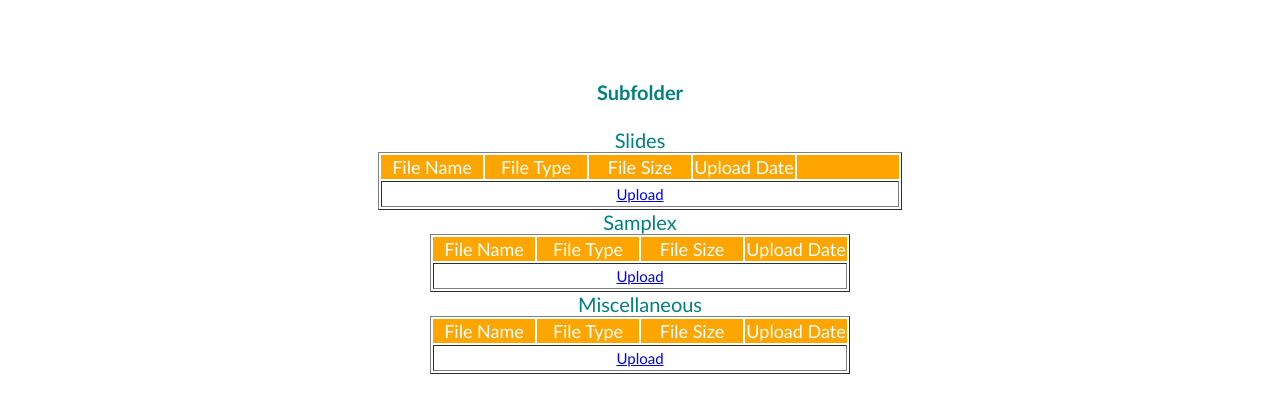
Repository: cs192-s2-2013/coffee
Page: http://localhost/BCOnlineClassroom/WEB-INF/jsp/subfolder.jsp
The author's editor kept a copy of each file at every save. The page is drawn from the files as they stood at one save, then again after the next save.
The browser window is 1280 px wide. The pictures show the whole page.
The page is served by Tomcat 9. Nobody is signed in. The template is opened directly, without the code that normally fills it, so the values that code supplies are empty.

Above is the page before, as saved 2014-03-07 06:50:35.

After the next save:
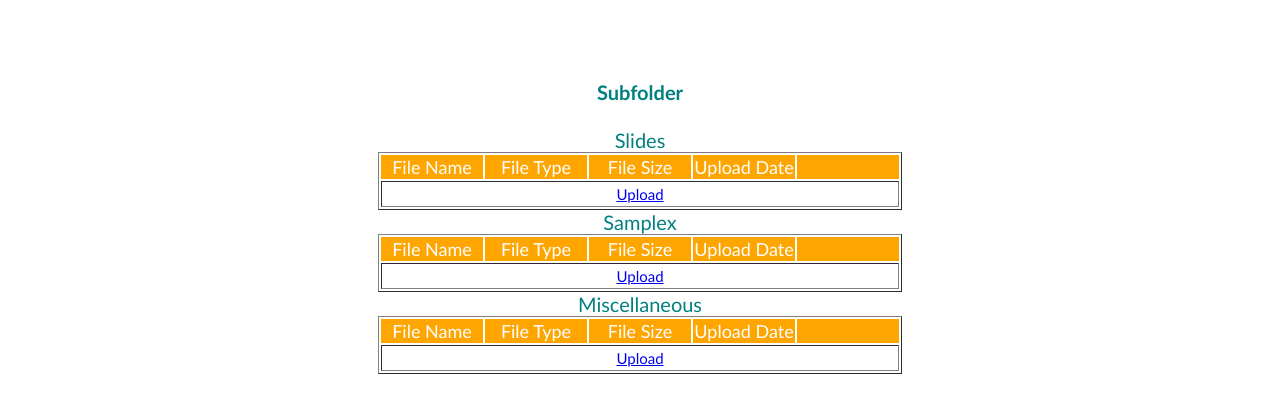
Saved 45 s later.
--- a/BCOnlineClassroom/WebContent/WEB-INF/jsp/subfolder.jsp
+++ b/BCOnlineClassroom/WebContent/WEB-INF/jsp/subfolder.jsp
@@ -63,6 +63,7 @@ td {
 				<td class="heading">File Type</td>
 				<td class="heading">File Size</td>
 				<td class="heading">Upload Date</td>
+				<td class="heading"></td>
 			</tr>
 			<c:forEach var="matFile" items="${map.Samplex}">
 				<tr>
@@ -70,6 +71,7 @@ td {
 					<td>${matFile.fileType}</td>
 					<td>${matFile.fileSize}</td>
 					<td>${matFile.uploadDate}</td>
+					<td><a href="download.do?filename=${matFile.fileName}">download</a></td>
 				</tr>
 			</c:forEach>
 			<tr><td colspan="7"><a href="upload">Upload</a></td></tr>
@@ -83,6 +85,7 @@ td {
 				<td class="heading">File Type</td>
 				<td class="heading">File Size</td>
 				<td class="heading">Upload Date</td>
+				<td class="heading"></td>
 			</tr>
 			<c:forEach var="matFile" items="${map.Miscellaneous}">
 				<tr>
@@ -90,6 +93,7 @@ td {
 					<td>${matFile.fileType}</td>
 					<td>${matFile.fileSize}</td>
 					<td>${matFile.uploadDate}</td>
+					<td><a href="download.do?filename=${matFile.fileName}">download</a></td>
 				</tr>
 			</c:forEach>
 			<tr><td colspan="7"><a href="upload">Upload</a></td></tr>
